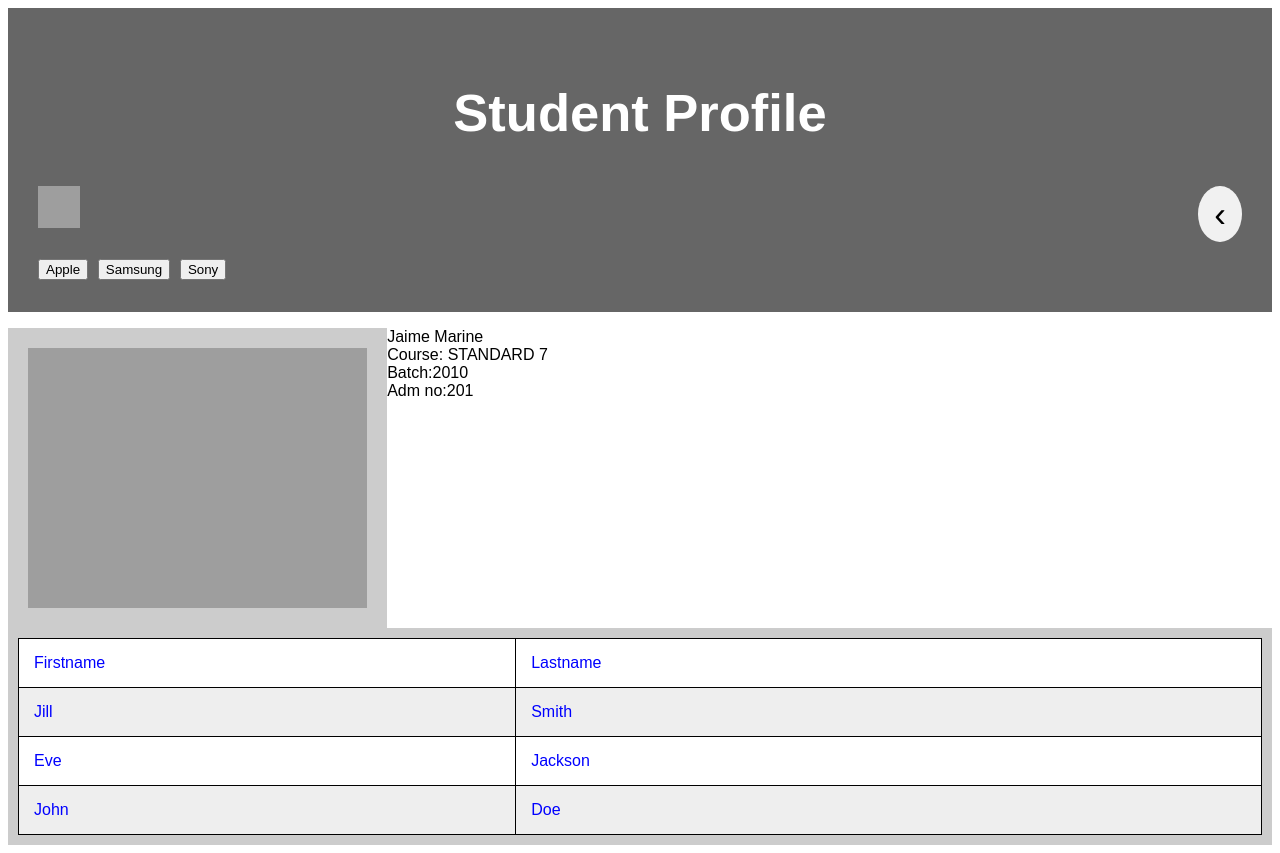
Repository: sandunigayanjali/Library_System
Page: http://localhost/library_management/studentProfile2.jsp
An editor plug-in stored every save of this project. The page is shown before and after the next save, followed by the edit.
The browser window is 1280 px wide. The pictures show the whole page.
Pictures or frames that could not be fetched are drawn as grey boxes. The page is served by Tomcat 9.

Above is the page before, as saved 2018-11-23 16:26:54.

After the next save:
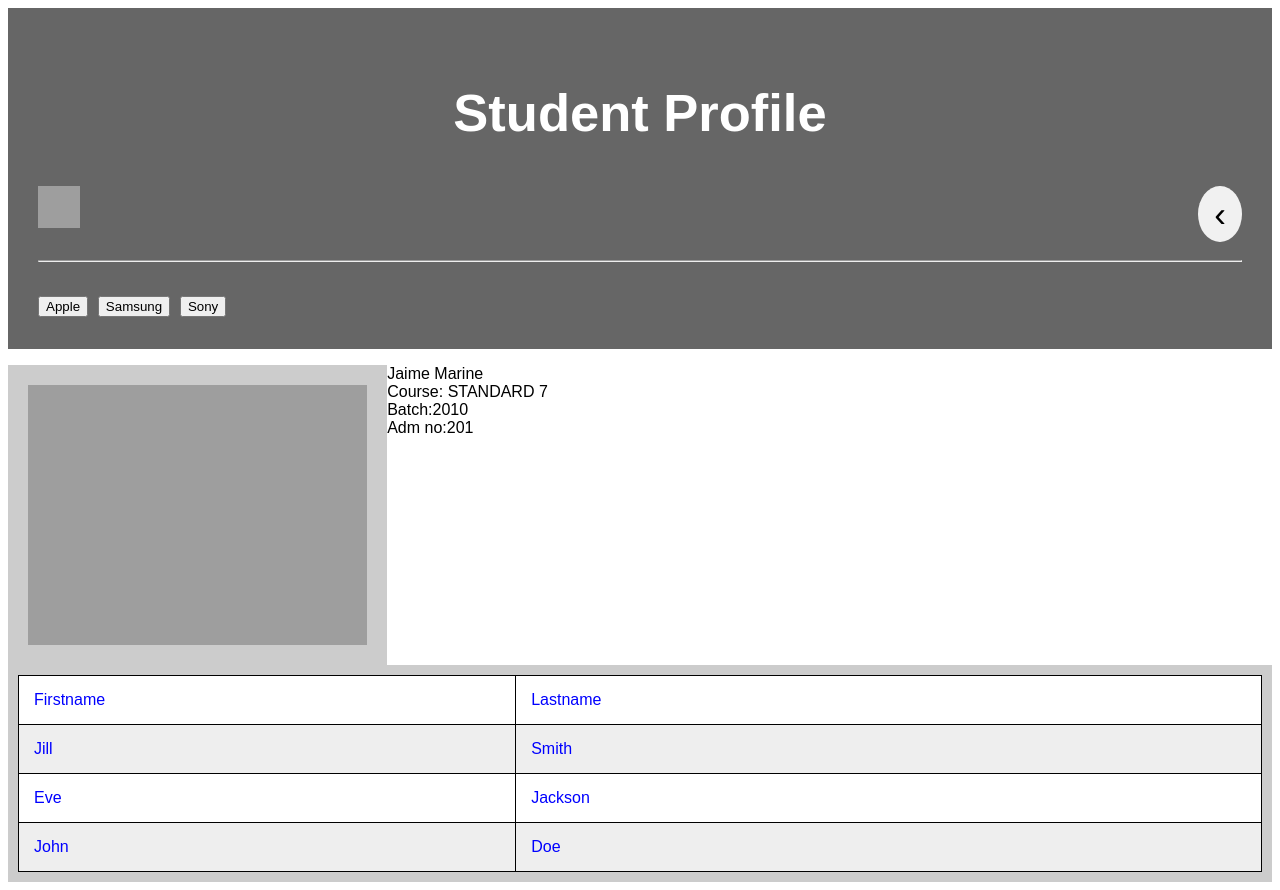
Saved 17 h 24 min later.
--- a/library management/WebContent/studentProfile2.jsp
+++ b/library management/WebContent/studentProfile2.jsp
@@ -134,7 +134,7 @@ a:hover {
 
 <a href="#" class="previous round">&#8249;</a>
 </div>
-
+  <div><hr></div>
   <div class="container">
  <div class="btn-group" align="left">
  <align="left">   <button type="button" class="btn btn-primary" >Apple</button>
